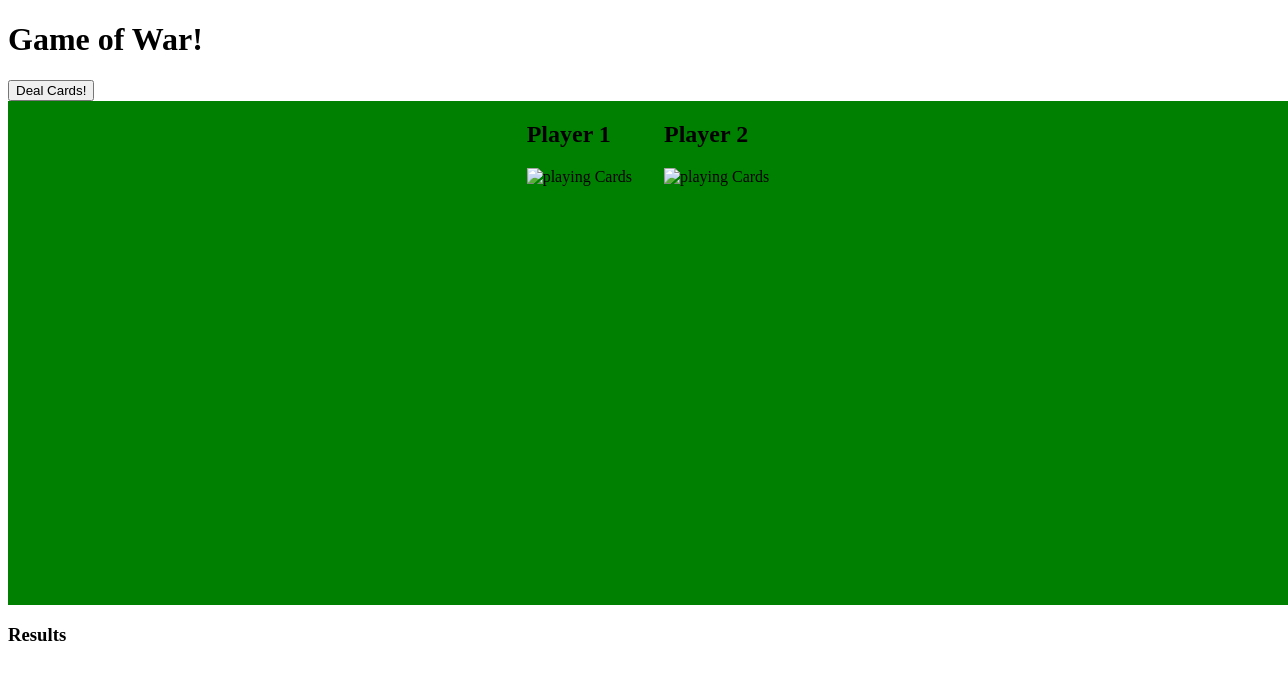
Repository: barroso2223/cakeByG
Page: index.html
An editor plug-in stored every save of this project. The page is shown before and after the next save, followed by the edit.
The browser window is 1280 px wide. The page is 1288 px wide, so the pictures cover 1288 px, including what lies to the right of the window. The pictures show the whole page.

Above is the page before, as saved 2024-10-11 15:20:38.

After the next save:
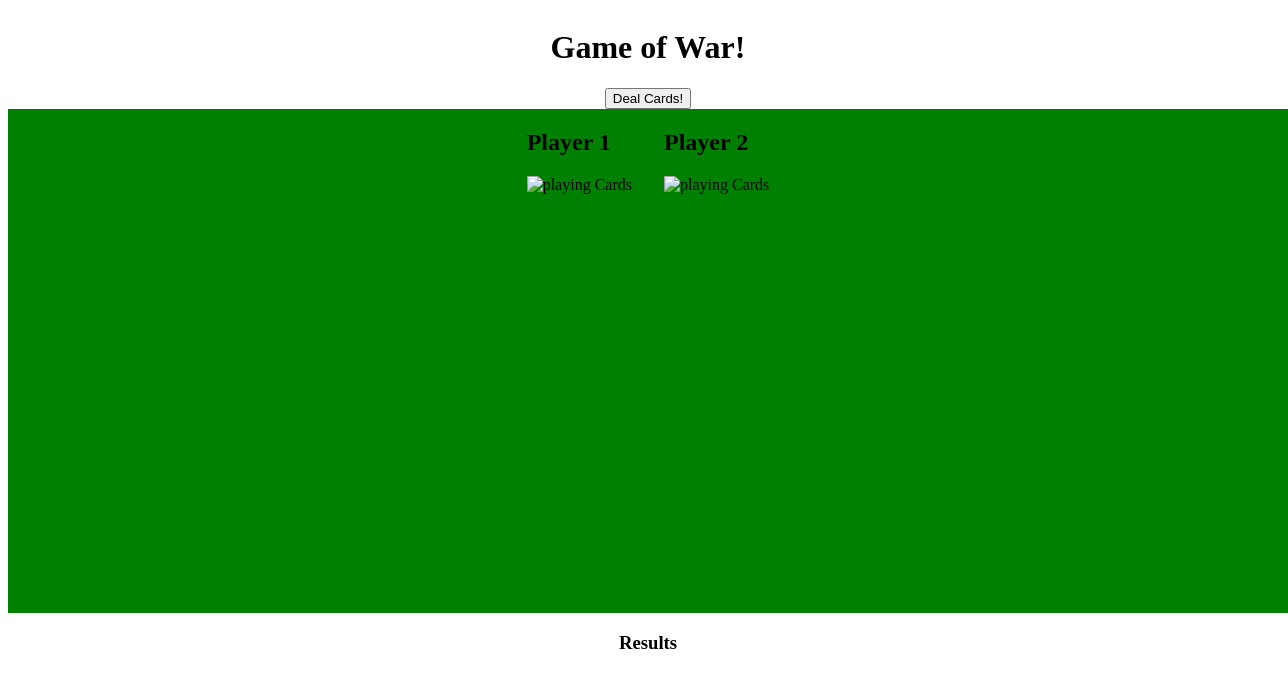
Saved 20 s later.
--- a/style.css
+++ b/style.css
@@ -1,4 +1,6 @@
 body {
+    display: grid;
+    place-items: center;
 }
 
 .gameTable {
